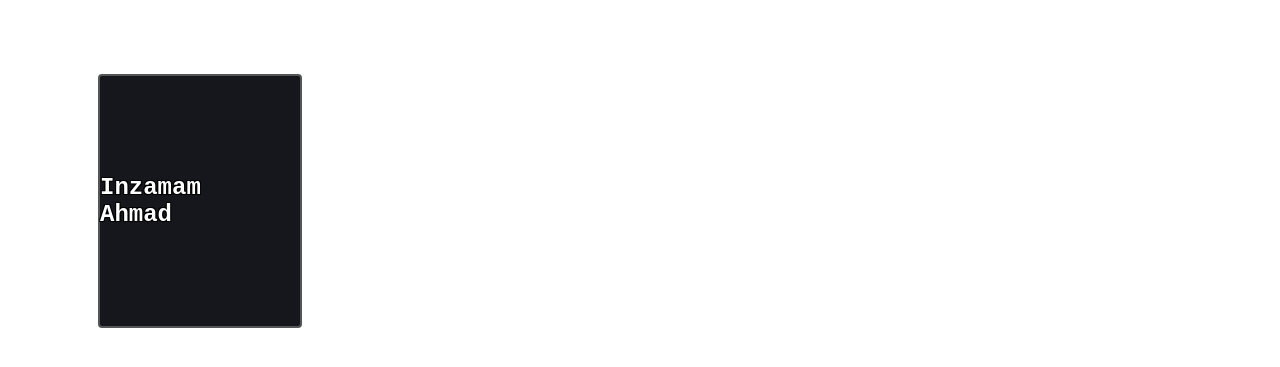
Repository: inzamamahmad3/30-Days-Of-CSS
Page: Day-2/index.html
These files come from the project's save history. The page is drawn as it stood at one moment and after the next save; the edit follows.
The browser window is 1280 px wide. The pictures show the whole page.

Above is the page before, as saved 2023-01-04 13:55:02.

### Day-2/index.html
<!DOCTYPE html>
<html lang="en">
  <head>
    <meta charset="UTF-8" />
    <meta http-equiv="X-UA-Compatible" content="IE=edge" />
    <meta name="viewport" content="width=device-width, initial-scale=1.0" />
    <link rel="stylesheet" href="styles.css" />
    <title>Document</title>
  </head>
  <body>
    <div class="cards">
      <figure class="card">
        <figcaption class="card_title">Inzamam Ahmad</figcaption>
      </figure>
    </div>
  </body>
</html>

### Day-2/styles.css
body {
  padding: 50px;
}

.cards {
  perspective: 700px;
}

.card {
  width: 200px;
  height: 250px;
  background: #16161d;
  border: 2px solid #555555;
  border-radius: 4px;
  position: relative;
  transform-style: preserve-3d;
  will-change: transform;
  transition: transform 0.5s;
}

.card:hover {
  transform: translateZ(10px) rotateX(20deg) rotateY(20deg);
}

.card_title {
  color: #fff;
  position: absolute;
  top: 50%;
  right: 20px;
  transform: translateY(-50%);
  transition: transform 0.5s;
  font: 700 1.5rem monospace;
  text-shadow: -1px -1px 0 #000, 1px -1px 0 #000, -1px 1px 0 #000,
    1px 1px 0 #000;
}

.card:hover .card_title {
  transform: translateZ(50px);
}

After the next save:
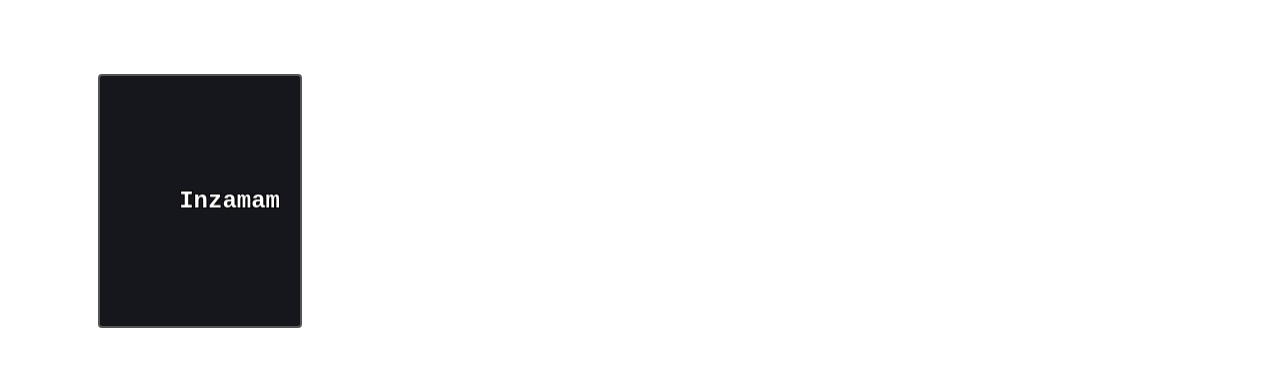
Saved 8 s later.
--- a/Day-2/index.html
+++ b/Day-2/index.html
@@ -10,7 +10,7 @@
   <body>
     <div class="cards">
       <figure class="card">
-        <figcaption class="card_title">Inzamam Ahmad</figcaption>
+        <figcaption class="card_title">Inzamam</figcaption>
       </figure>
     </div>
   </body>
